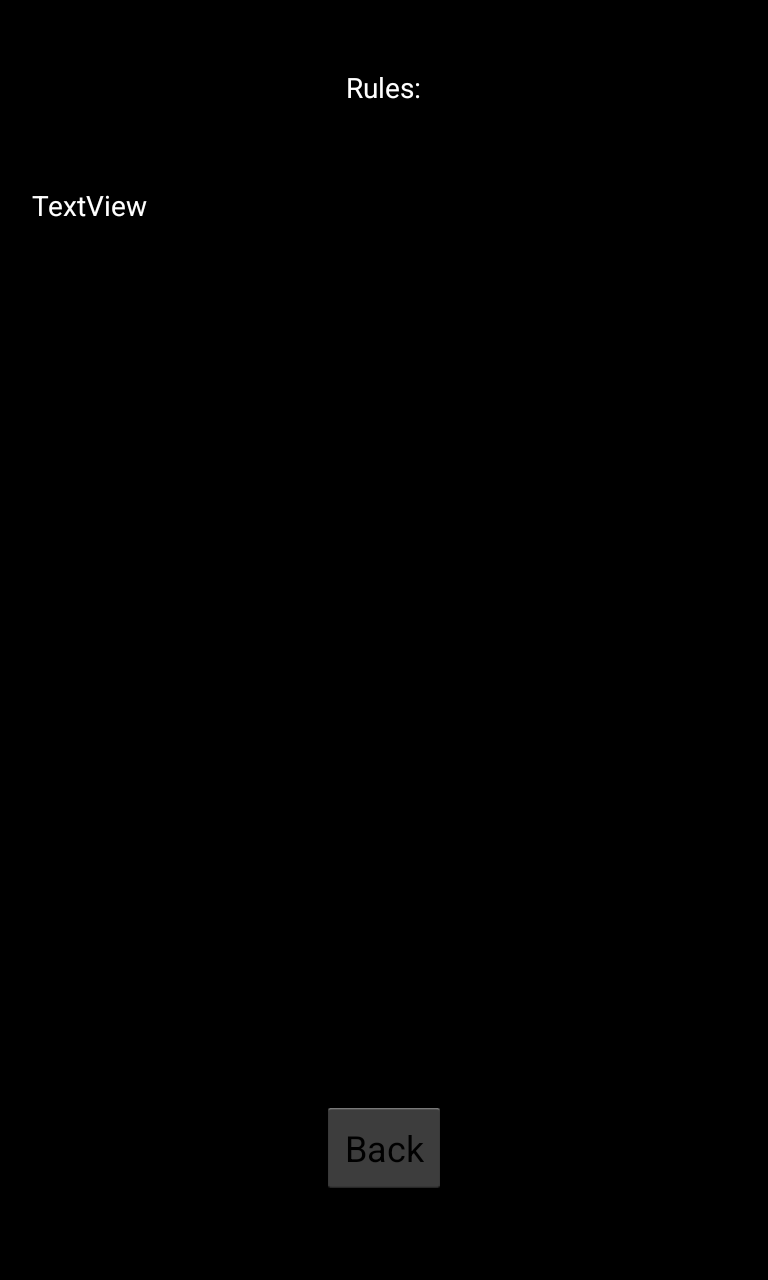
Repository: amittttt/Android-HP
Layout: Gameassgnmnt/res/layout/activity_rules.xml
These files come from the project's save history. The layout is drawn as it stood at one moment and after the next save; the edit follows.
It is drawn on a 768 x 1280 px phone screen (xhdpi) without system bars, with theme AppTheme; the app's code is not run.

Above is the layout before, as saved 2016-05-13 18:52:02.

After the next save:
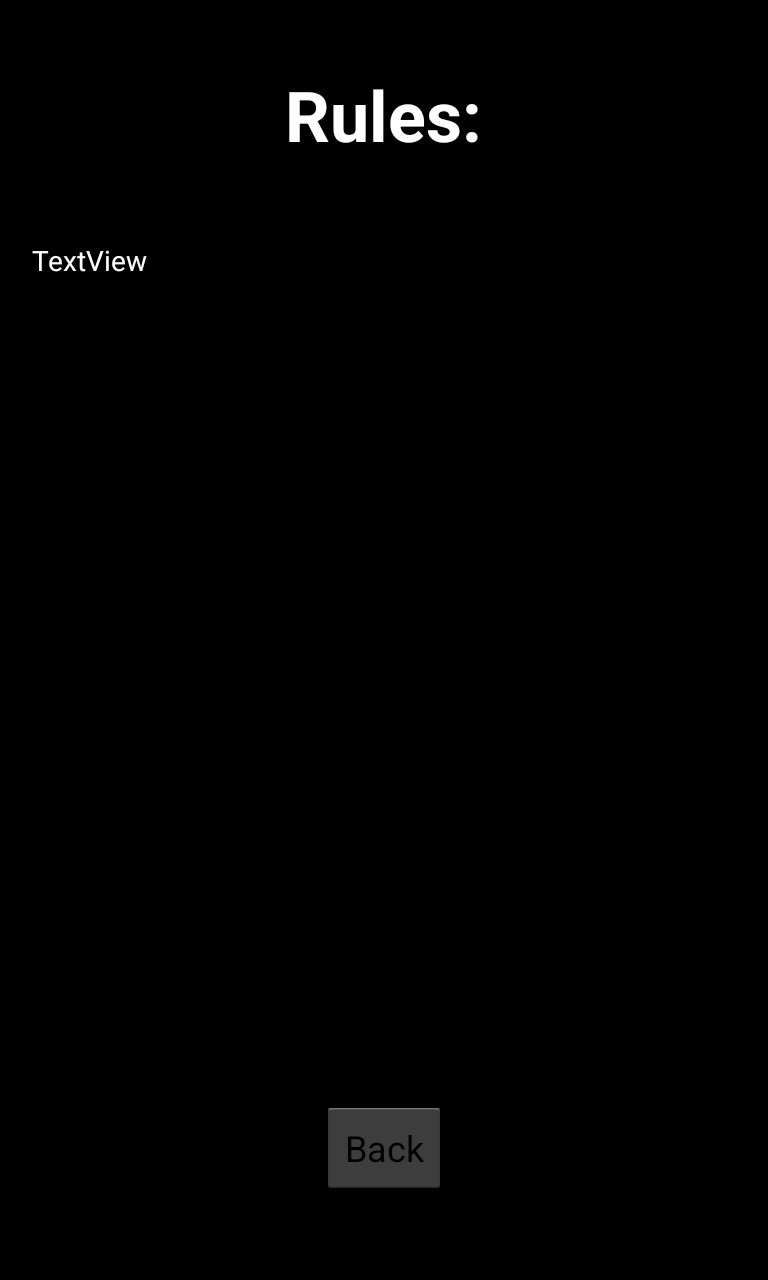
Saved 18 s later.
--- a/Gameassgnmnt/res/layout/activity_rules.xml
+++ b/Gameassgnmnt/res/layout/activity_rules.xml
@@ -28,7 +28,8 @@
         android:layout_marginTop="18dp"
         android:text="Rules:"
         android:textColor="#ffffff"
-        />
+        android:textSize="35sp"
+        android:textStyle="bold" />
 
     <TextView
         android:textColor="#ffffff"
